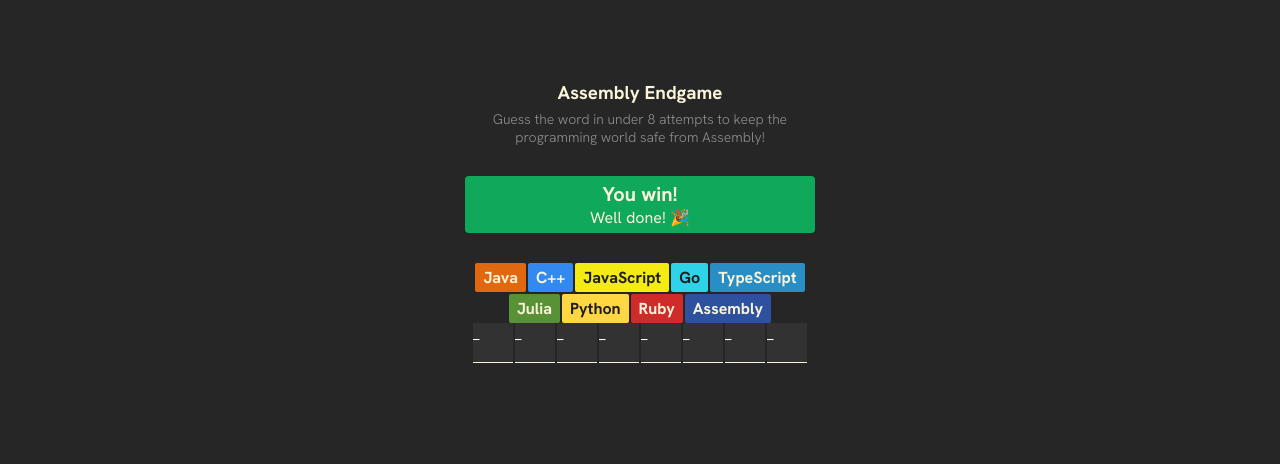
Repository: AchrafAzzaoui/AssemblyEndgame
Page: / (app in assembly-endgame/)
An editor plug-in stored every save of this project. The page is shown before and after the next save, followed by the edit.
The browser window is 1280 px wide. The pictures show the whole page.
The project was rebuilt for these pictures with package versions that can differ from the ones it lists, and the page was loaded fresh each time. Also part of the build but not shown: assembly-endgame/vite.config.js.

Above is the page before, as saved 2024-12-25 14:55:21.

After the next save:
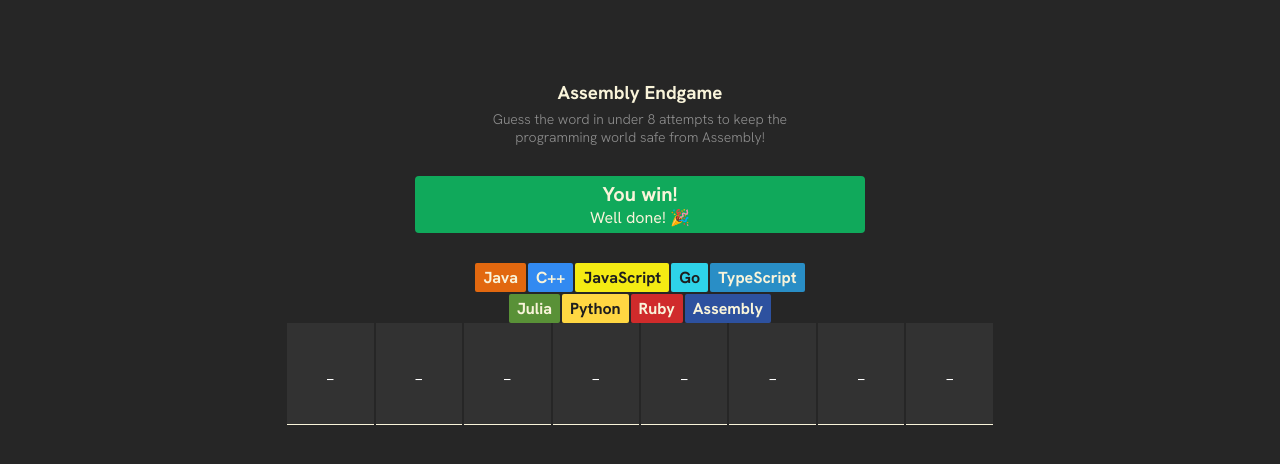
Saved 32 s later.
--- a/assembly-endgame/src/index.css
+++ b/assembly-endgame/src/index.css
@@ -85,7 +85,6 @@
 .letter-tile {
   background-color: #323232;
   color: #fff;
-  width: 40px;
-  height: 40px;
+  padding: 2.5rem;
   border-bottom: 1px solid #f9f4da;
 }
